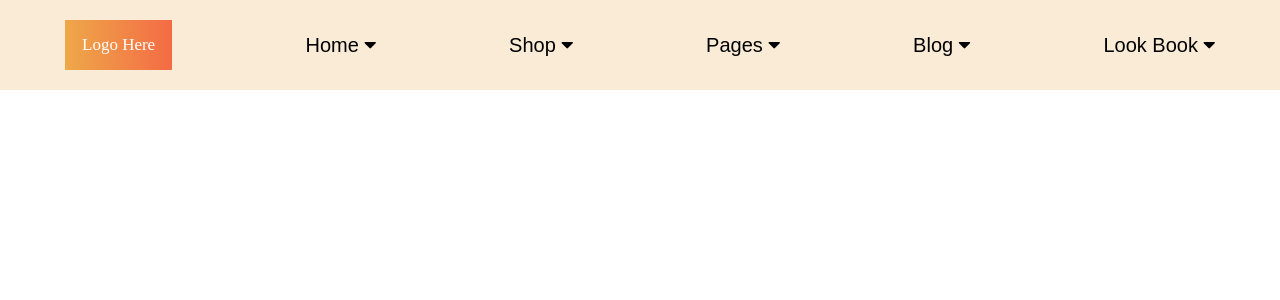
Repository: MorgunovaAlexandra/beauti
Page: index.html
These files come from the project's save history. The page is drawn as it stood at one moment and after a run of saves; the edit follows.
The browser window is 1280 px wide. The pictures show the whole page.

Above is the page before, as saved 2022-08-24 13:55:24.

### index.html
<!DOCTYPE html>
<html lang="en">
<head>
    <meta charset="UTF-8">
    <meta http-equiv="X-UA-Compatible" content="IE=edge">
    <meta name="viewport" content="width=device-width, initial-scale=1.0">
    <link rel="stylesheet" href="./style.css">
    <link rel="stylesheet" href="https://cdnjs.cloudflare.com/ajax/libs/font-awesome/4.7.0/css/font-awesome.min.css">
    <title>Document</title>
</head>
<body>
    <div class="wrapper">
        <header class="header">
            <div class="header-container _container">
            <nav class="header-nav">
                <section class="top-nav">
                    <div>
                      Logo Here
                    </div>
                    <input id="menu-toggle" type="checkbox" />
                    <label class='menu-button-container' for="menu-toggle">
                    <div class='menu-button'></div>
                  </label>

                  </section>
                <div class="dropdown">
                    <button class="dropbtn">Home
                      <i class="fa fa-caret-down faa"></i>
                    </button>
                    <div class="dropdown-content">
                      <a href="#">Link 1</a>
                      <a href="#">Link 2</a>
                      <a href="#">Link 3</a>
                    </div>
                  </div>
                  <div class="dropdown">
                    <button class="dropbtn">Shop
                      <i class="fa fa-caret-down faa"></i>
                    </button>
                    <div class="dropdown-content">
                      <a href="#">Link 1</a>
                      <a href="#">Link 2</a>
                      <a href="#">Link 3</a>
                      <a href="#">Link 1</a>
                      <a href="#">Link 2</a>
                      <a href="#">Link 3</a>
                    </div>
                  </div>
                  <div class="dropdown">
                    <button class="dropbtn">Pages
                      <i class="fa fa-caret-down faa"></i>
                    </button>
                    <div class="dropdown-content">
                      <a href="#">Link 1</a>
                      <a href="#">Link 2</a>
                      <a href="#">Link 3</a>
                    </div>
                  </div>
                  <div class="dropdown">
                    <button class="dropbtn">Blog
                      <i class="fa fa-caret-down faa"></i>
                    </button>
                    <div class="dropdown-content">
                      <a href="#">Link 1</a>
                      <a href="#">Link 2</a>
                      <a href="#">Link 3</a>
                    </div>
                  </div>
                  <div class="dropdown">
                    <button class="dropbtn">Look Book
                      <i class="fa fa-caret-down faa"></i>
                    </button>
                    <div class="dropdown-content">
                      <a href="#">Link 1</a>
                      <a href="#">Link 2</a>
                      <a href="#">Link 3</a>
                    </div>
                  </div>
            </nav>
            </div>
        </header>
    </div>
</body>
</html>

### style.css
* {
	margin: 0;
	padding: 0;
	border: 0;
	box-sizing: border-box;
}
:before,:after{
	padding: 0;
	margin: 0;
	border: 0;
	box-sizing: border-box;
}
html,body{
	height: 100%;
    font-family: 'SofiaProRegular';
	font-size: 18px;
	font-weight: 400;
}

.wrapper{
	width: 100%;
	overflow: hidden;

}
._container{
	max-width: 1170px;
	margin: 0px auto;
	padding: 0px 10px;
}
._container{
	max-width: 1170px;
	margin: 0px auto;
	padding: 0px 10px;
}
/*--------------------------*/
.header {
	font-family: 'TTCommons-Medium';
	position: absolute;/*---------изменено-----------------*/
	width: 100%;
	top: 0;
	left: 0;
	z-index: 50;
	font-size: 17px;
    height: 90px;
    background-color: antiquewhite;

}
.menu-list{
    display: flex;
    justify-content: center;
    align-items: center;
    height: 90px;

}

a{
   position: relative;
    text-decoration: none;
    color:rgb(37, 37, 37);
    margin-left: 40px;
}
.header-nav{
    display: flex;
    justify-content: space-between;
    align-items: center;
    height: 90px;
}
.faa:hover{
    animation: move .3s ease-in;
    transform: rotate(180deg) scaleX(-1);
}
@keyframes move {
    from {
        transform: rotate(0deg) scaleX(-1);

    }
    50% {transform: rotate(90deg) scaleX(-1);}
    to {
        transform: rotate(180deg) scaleX(-1);
    }
  }
.dropbtn{
    font-size: 20px;
    background-color: rgb(156, 153, 153,0) ;
}
.dropdown-content{
    display: none;
    position: absolute;
    background-color: #f9f9f9;
    min-width: 160px;
    z-index: 1;
}
.dropdown-content a {
    float: none;
    color: rgb(156, 153, 153);
    padding: 12px 16px;
    text-decoration: none;
    display: block;
    text-align: left;
}
.dropdown-content a:hover {
    color: rgb(67, 66, 66);
}

.dropdown:hover .dropdown-content {
    display: block;
}
/*=======humburger=======*/
.top-nav {
    display: flex;
    flex-direction: row;
    align-items: center;
    justify-content: space-between;
    background-color: #00BAF0;
    background: linear-gradient(to left, #f46b45, #eea849);
    /* W3C, IE 10+/ Edge, Firefox 16+, Chrome 26+, Opera 12+, Safari 7+ */
    color: #FFF;
    height: 50px;
    padding: 1em;
  }

  .menu {
    display: flex;
    flex-direction: row;
    list-style-type: none;
    margin: 0;
    padding: 0;
  }

  .menu > li {
    margin: 0 1rem;
    overflow: hidden;
  }

  .menu-button-container {
    display: none;
    height: 100%;
    width: 30px;
    cursor: pointer;
    flex-direction: column;
    justify-content: center;
    align-items: center;
  }

  #menu-toggle {
    display: none;
  }

  .menu-button,
  .menu-button::before,
  .menu-button::after {
    display: block;
    background-color: #fff;
    position: absolute;
    height: 4px;
    width: 30px;
    transition: transform 400ms cubic-bezier(0.23, 1, 0.32, 1);
    border-radius: 2px;
  }

  .menu-button::before {
    content: '';
    margin-top: -8px;
  }

  .menu-button::after {
    content: '';
    margin-top: 8px;
  }

  #menu-toggle:checked + .menu-button-container .menu-button::before {
    margin-top: 0px;
    transform: rotate(405deg);
  }

  #menu-toggle:checked + .menu-button-container .menu-button {
    background: rgba(255, 255, 255, 0);
  }

  #menu-toggle:checked + .menu-button-container .menu-button::after {
    margin-top: 0px;
    transform: rotate(-405deg);
  }

  @media (max-width: 700px) {
    .menu-button-container {
      display: flex;
    }
    .menu {
      position: absolute;
      top: 0;
      margin-top: 50px;
      left: 0;
      flex-direction: column;
      width: 100%;
      justify-content: center;
      align-items: center;
    }
    #menu-toggle ~ .menu li {
      height: 0;
      margin: 0;
      padding: 0;
      border: 0;
      transition: height 400ms cubic-bezier(0.23, 1, 0.32, 1);
    }
    #menu-toggle:checked ~ .menu li {
      border: 1px solid #333;
      height: 2.5em;
      padding: 0.5em;
      transition: height 400ms cubic-bezier(0.23, 1, 0.32, 1);
    }
    .menu > li {
      display: flex;
      justify-content: center;
      margin: 0;
      padding: 0.5em 0;
      width: 100%;
      color: white;
      background-color: #222;
    }
    .menu > li:not(:last-child) {
      border-bottom: 1px solid #444;
    }
  }

After the next 2 saves:
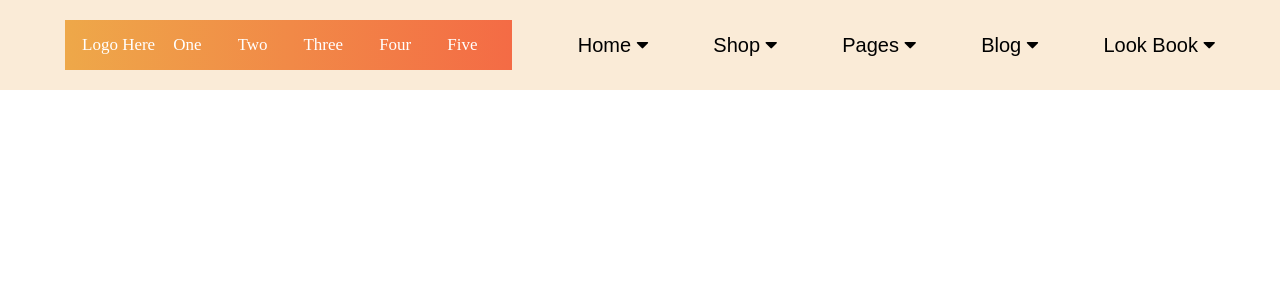
The 2 saves are shown as one change because they came seconds apart.
The last was saved 9 s later.
--- a/index.html
+++ b/index.html
@@ -13,16 +13,22 @@
         <header class="header">
             <div class="header-container _container">
             <nav class="header-nav">
-                <section class="top-nav">
-                    <div>
-                      Logo Here
-                    </div>
-                    <input id="menu-toggle" type="checkbox" />
-                    <label class='menu-button-container' for="menu-toggle">
-                    <div class='menu-button'></div>
-                  </label>
-
-                  </section>
+                 <section class="top-nav">
+    <div>
+      Logo Here
+    </div>
+    <input id="menu-toggle" type="checkbox" />
+    <label class='menu-button-container' for="menu-toggle">
+    <div class='menu-button'></div>
+  </label>
+    <ul class="menu">
+      <li>One</li>
+      <li>Two</li>
+      <li>Three</li>
+      <li>Four</li>
+      <li>Five</li>
+    </ul>
+  </section>
                 <div class="dropdown">
                     <button class="dropbtn">Home
                       <i class="fa fa-caret-down faa"></i>
